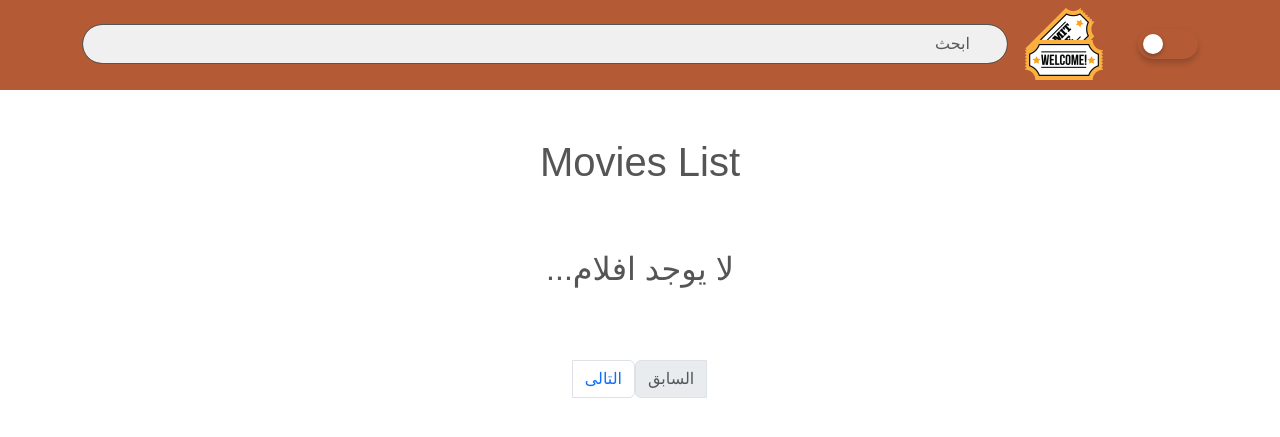
Repository: kerlos-alfy/Movie-List
Page: /
These files come from the project's save history. The page is drawn as it stood at one moment and after the next save; the edit follows.
The browser window is 1280 px wide. The pictures show the whole page.
The page's requests for data from a server got no answer. The project was rebuilt for these pictures with package versions that can differ from the ones it lists, and the page was loaded fresh each time. No one was signed in, and anything a server would have sent is missing. Also part of the build but not shown: vite.config.js, src/App.css, src/components/CardMovie.jsx.

Above is the page before, as saved 2025-01-16 05:13:17.

After the next save:
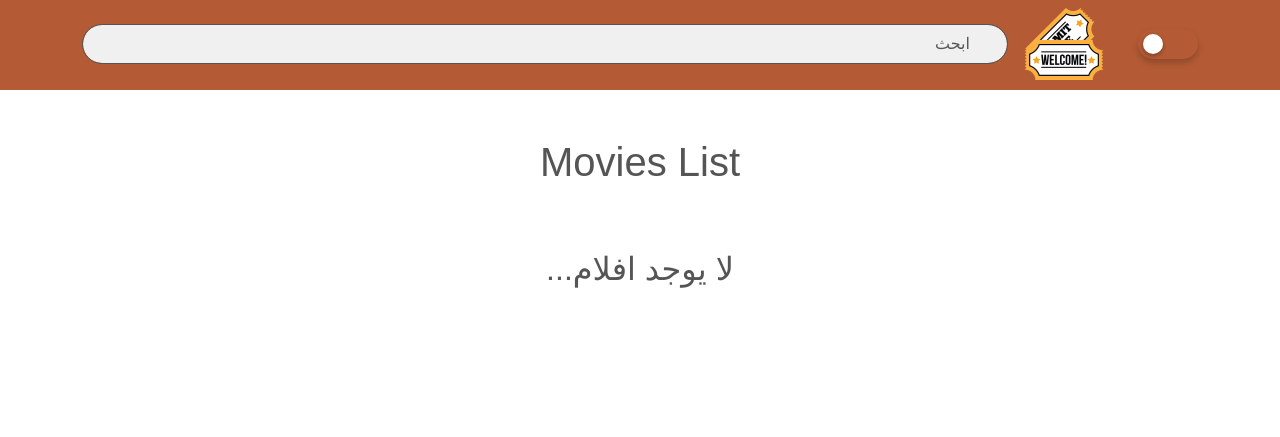
Saved 69 s later.
--- a/src/components/Pagination.jsx
+++ b/src/components/Pagination.jsx
@@ -25,6 +25,7 @@
 			breakClassName={"page-item"}
 			breakLinkClassName={"page-link"}
 			activeClassName={"active"}
+			renderOnZeroPageCount={null}
 		/>
 	);
 }

After the save that followed:
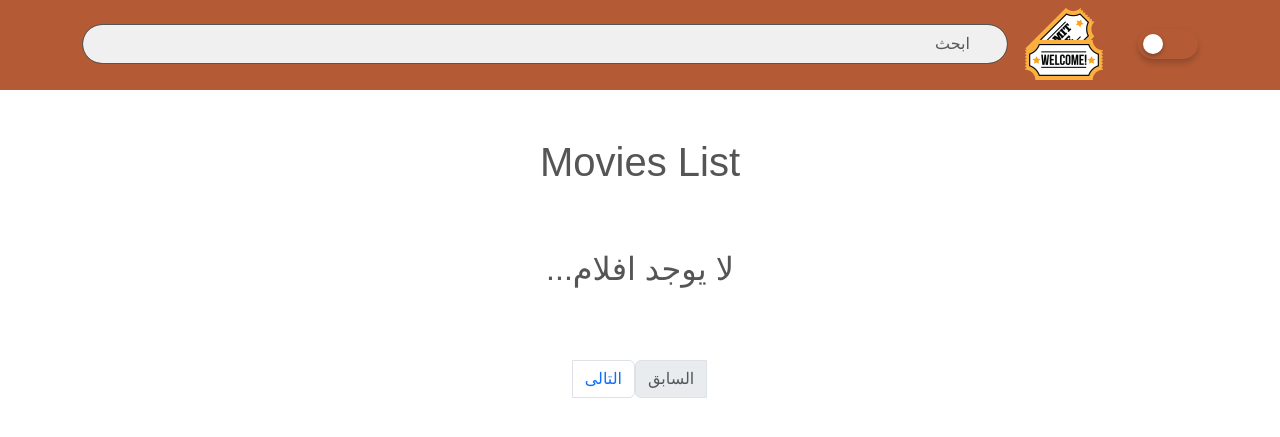
Saved 29 s later.
--- a/src/components/Pagination.jsx
+++ b/src/components/Pagination.jsx
@@ -25,7 +25,6 @@
 			breakClassName={"page-item"}
 			breakLinkClassName={"page-link"}
 			activeClassName={"active"}
-			renderOnZeroPageCount={null}
 		/>
 	);
 }
